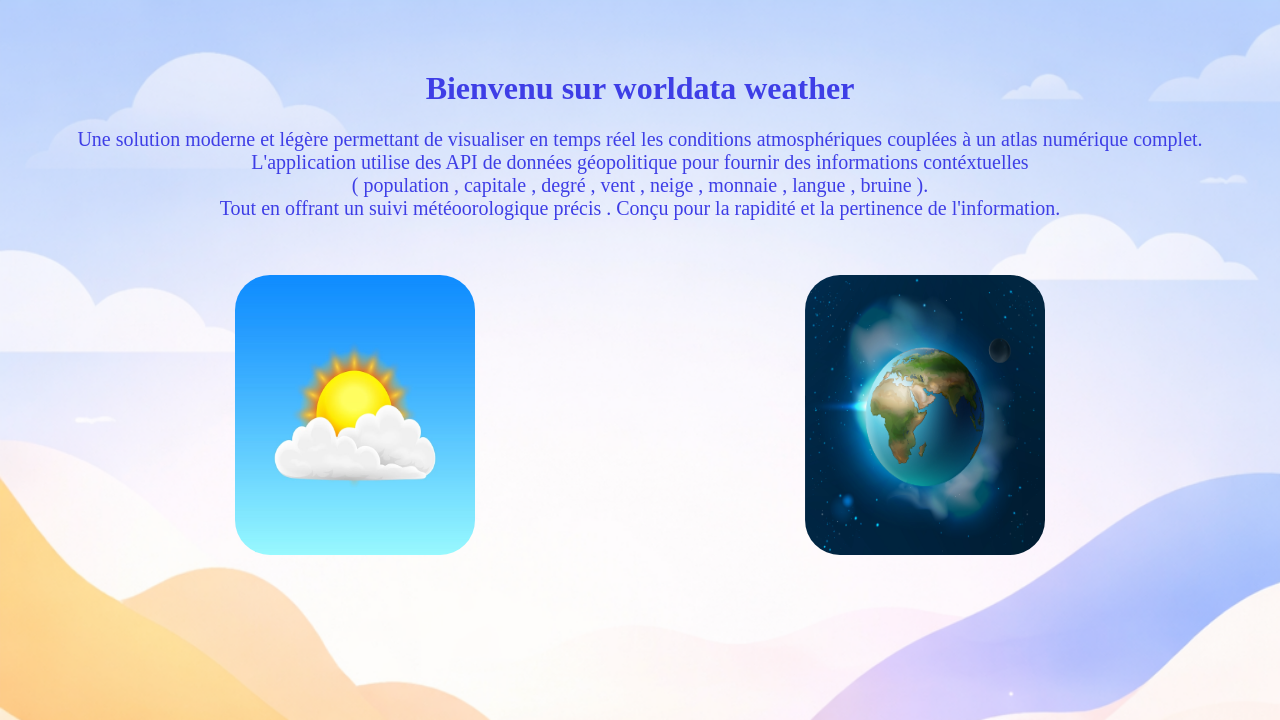
Repository: assanendao171/meteo
Page: index.html
An editor plug-in stored every save of this project. The page is shown before and after a run of saves, followed by the edit.
The browser window is 1280 px wide. The pictures show the whole page.

Above is the page before, as saved 2026-03-18 17:06:17.

After the next 5 saves:
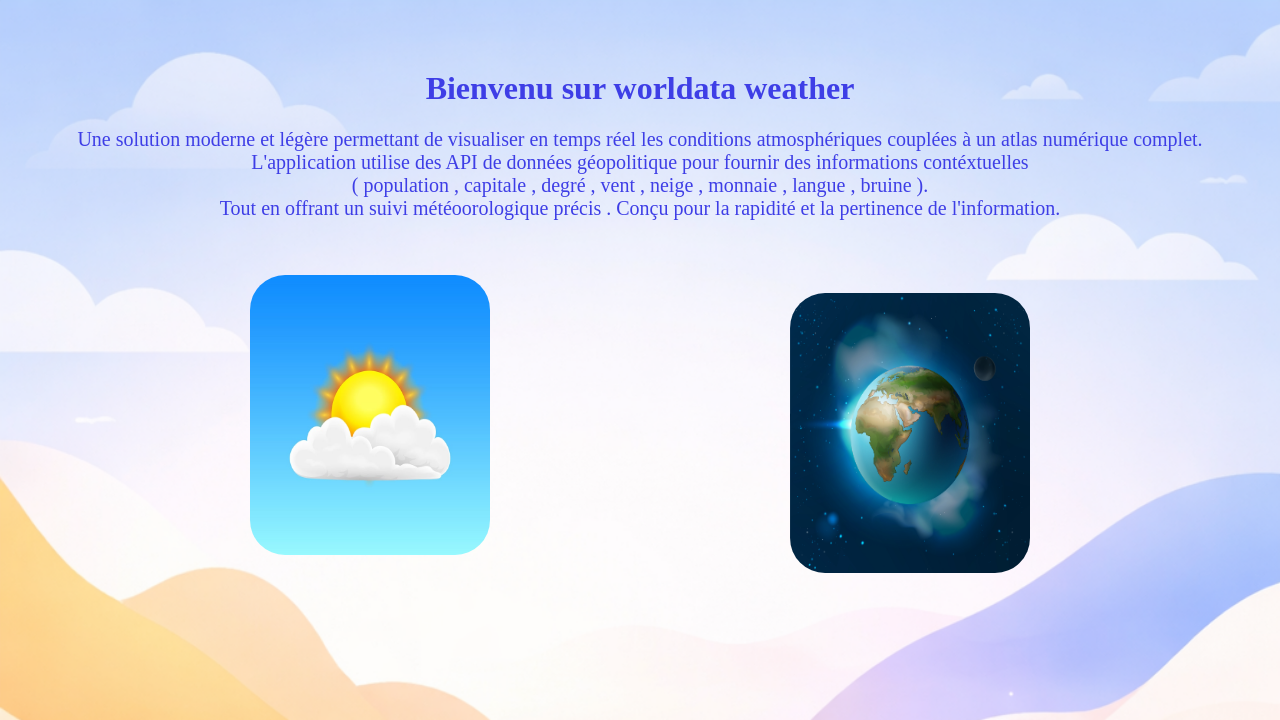
The 5 saves are shown as one change because they came seconds apart.
The last was saved 15 s later.
--- a/style.css
+++ b/style.css
@@ -29,5 +29,6 @@ p{
     color: rgb(62, 62, 230);
 }
 #img1{
-    width: 270px;
+    width: 240px;
+    height: 320px;
 }
